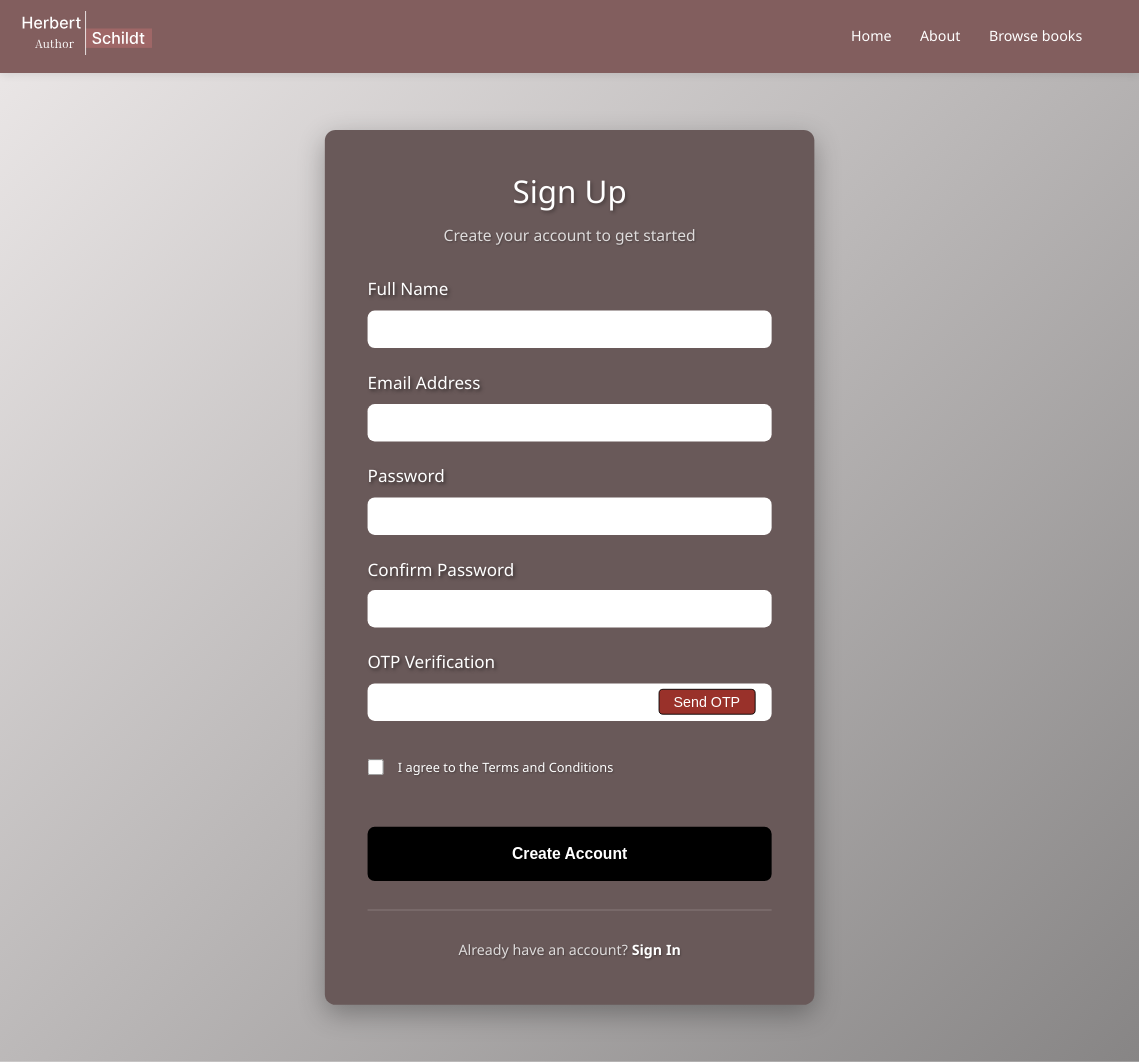
Repository: Darkrepo23/Author-Website-
Page: pages/signup.html
These files come from the project's save history. The page is drawn as it stood at one moment and after the next save; the edit follows.
The browser window is 1280 px wide. The pictures show the whole page, at 89% of full size.

Above is the page before, as saved 2025-10-21 14:12:10.
Console error: SyntaxError: Unexpected token ':'

After the next save:
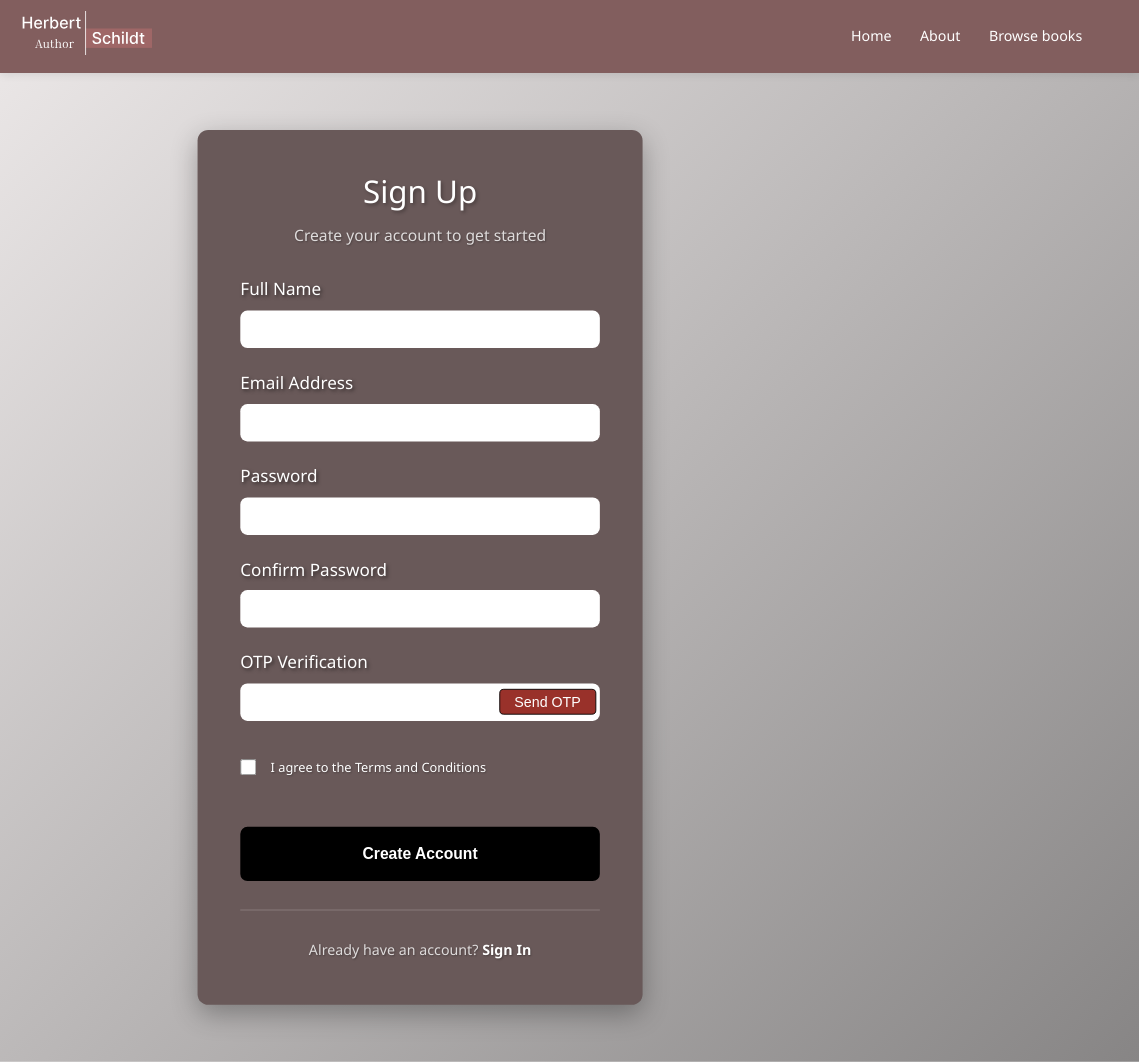
Saved 2 min 4 s later.
--- a/css/login.css
+++ b/css/login.css
@@ -5,6 +5,7 @@
     align-items: center;
     min-height: calc(100vh - 200px);
     padding: 2rem;
+    width: 50rem;
 }
 
 .login-card {
@@ -182,10 +183,10 @@
         padding: 2rem 2vw;
     }
 
-    /* .login-card {
+    .login-card {
         width: 40vw;
         max-width: 500px;
-    } */
+    }
 }
 
 /* Desktop and larger screens - Scalable approach */
